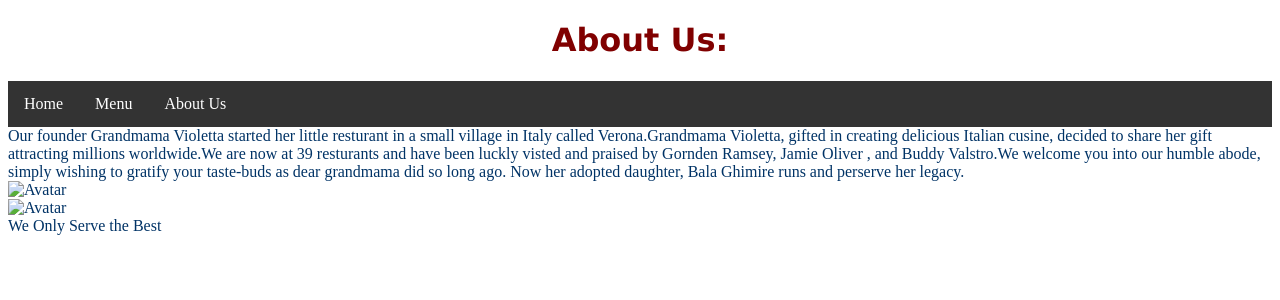
Repository: bala2672/bala2672.github.io
Page: 214/Website/aboutus.html
The author's editor kept a record of every edit. The page is drawn from the files as they stood at one moment, then again after the next edit.
The browser window is 1280 px wide. The pictures show the whole page.

Above is the page before.
Not found: 214/Website/img_avatar.png

After the next edit:
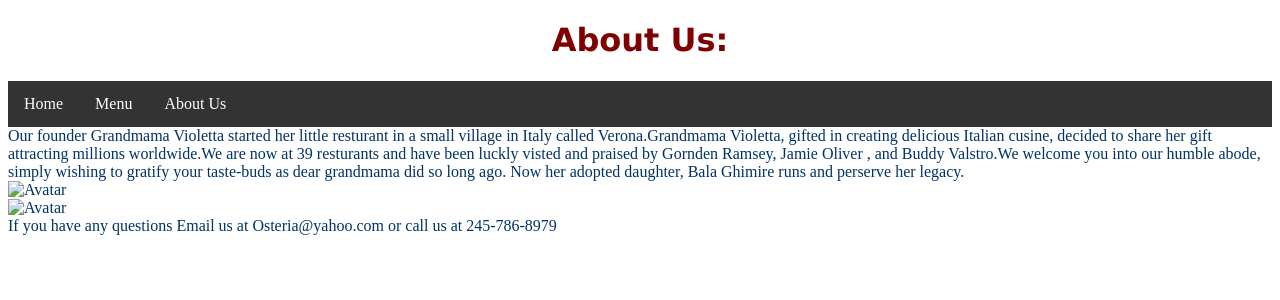
The edit:
--- a/214/Website/aboutus.html
+++ b/214/Website/aboutus.html
@@ -94,4 +94,4 @@
 </div>
   <link href="web.css" rel="stylesheet" type="text/css">
 
-<tr><td></td><td>We Only Serve the Best</td></tr>
+<tr><td></td><td>If you have any questions Email us at Osteria@yahoo.com or call us at 245-786-8979</td></tr>
